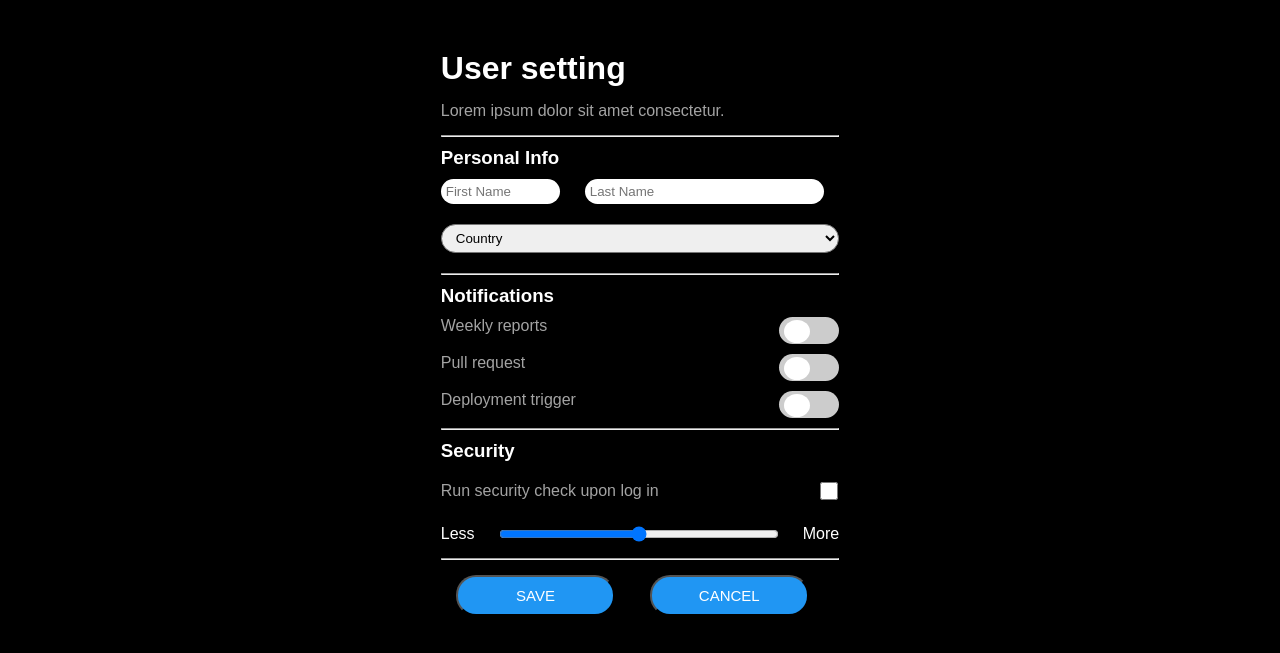
Repository: imokha01/DOM
Page: index.html
The author's editor kept a copy of each file at every save. The page is drawn from the files as they stood at one save, then again after a run of saves.
The browser window is 1280 px wide. The pictures show the whole page.
The pointer rests on the first visible `button`.

Above is the page before, as saved 2023-12-21 10:07:49.

After the next 2 saves:
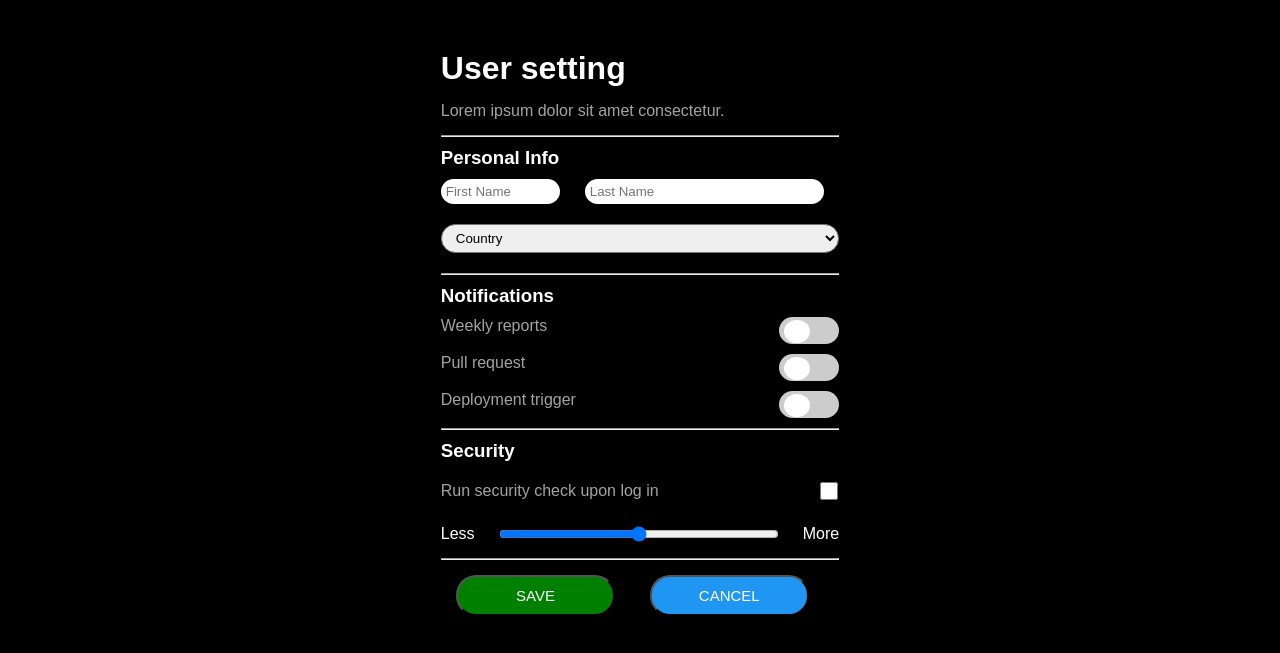
The 2 saves are shown as one change because they came seconds apart.
The last was saved 9 s later.
--- a/index.css
+++ b/index.css
@@ -106,7 +106,7 @@ select {
 
 button:hover {
     cursor: pointer;
-    background-color: ;
+    background-color: green;
 }
 
 
